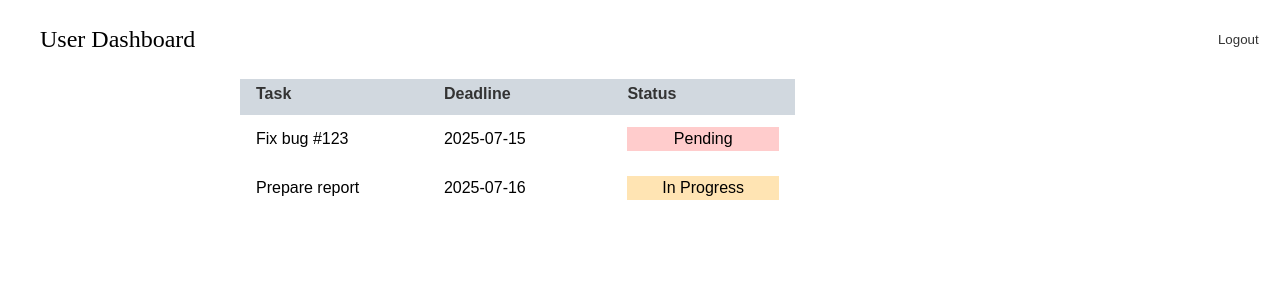
Repository: Edmund-Kiama/todoPHP
Page: /user (app in task-manager-frontend/)
An editor plug-in stored every save of this project. The page is shown before and after the next save, followed by the edit.
The browser window is 1280 px wide. The pictures show the whole page.
The project was rebuilt for these pictures with package versions that can differ from the ones it lists, and the page was loaded fresh each time. Also part of the build but not shown: task-manager-frontend/vite.config.js, task-manager-frontend/src/components/Login/login.css, task-manager-frontend/src/components/Login/Login.vue, task-manager-frontend/src/components/Admin/admin.css, task-manager-frontend/src/components/Admin/AdminDashboard.vue.

Above is the page before, as saved 2025-07-12 22:22:49.

After the next save:
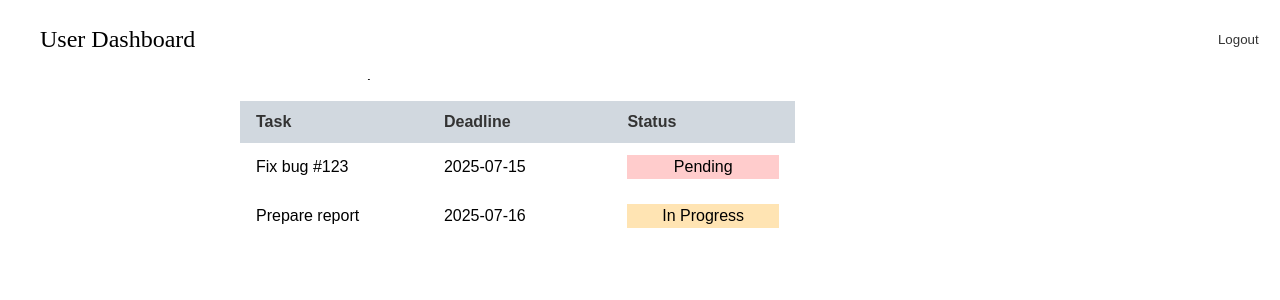
Saved 89 s later.
--- a/task-manager-frontend/src/components/User/user.css
+++ b/task-manager-frontend/src/components/User/user.css
@@ -1,6 +1,7 @@
 .user-dashboard {
     max-width: 800px;
     margin: 2rem auto;
+    margin-top: 60px;
     font-family: Arial, sans-serif;
 }
 
